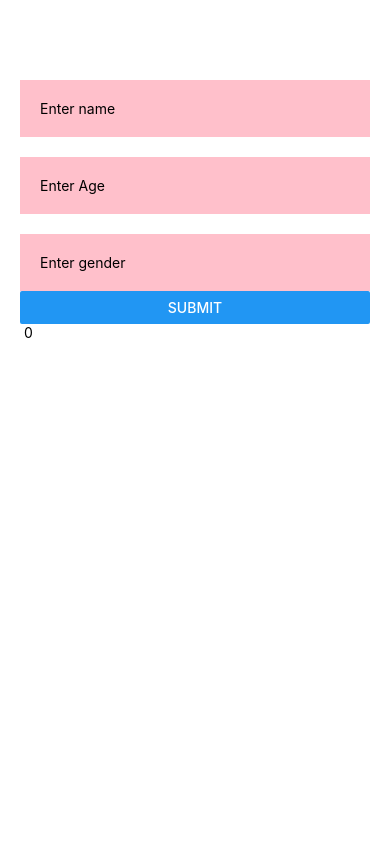
Repository: akinmiday/ReactNativeApp
Screen: /
These files come from the project's save history. The screen is drawn as it stood at one moment and after the next save; the edit follows.
The app was drawn by React Native's web renderer in a window 390 px wide. The project was rebuilt for these pictures with package versions that can differ from the ones it lists, and the page was loaded fresh each time.

Above is the screen before, as saved 2023-08-03 18:06:50.

### App.js
import { useState } from "react";
import {
  View,
  Text,
  TextInput,
  Button,
  Alert,
  TouchableWithoutFeedback,
  Keyboard,
} from "react-native";
import styles from "./styles";

export default function App() {
  const { container, input } = styles;

  const [name, setName] = useState("");
  const [age, setAge] = useState(0);
  const [gender, setGender] = useState("");

  const pressHandler = () => {
    Alert.alert("Details", "Are you sure you want to submit ?", [
      { text: "Yes", onPress: () => console.log(name, age, gender) },
      { text: "No", onPress: () => noHandler() },
    ]);
  };

  const noHandler = () => {
    setName("");
    setAge(0);
    setGender("");
  };

  return (
    <TouchableWithoutFeedback
      onPress={() => {
        Keyboard.dismiss();
        console.log("keyboard dismissed");
      }}
    >
      <View style={container}>
        <TextInput
          onChangeText={(text) => setName(text)}
          placeholder="Enter name"
          style={input}
        />
        <TextInput
          onChangeText={(text) => setAge(text)}
          keyboardType="numeric"
          placeholder="Enter Age"
          style={input}
        />
        <TextInput
          onChangeText={(text) => setGender(text)}
          placeholder="Enter gender"
          style={input}
        />

        <Button title="submit" onPress={() => pressHandler()} />

        <View>
          <Text>
            {name} {age} {gender}
          </Text>
        </View>
      </View>
    </TouchableWithoutFeedback>
  );
}

### styles.js
import { StyleSheet } from "react-native";

const styles = StyleSheet.create({
  container: {
    marginTop: 40,
    padding: 20,
    backgroundColor: "white",
    flex: 1,
  },
  input: {
    backgroundColor: "pink",
    padding: 20,
    marginTop: 20,
  },
});

export default styles;

After the next save:
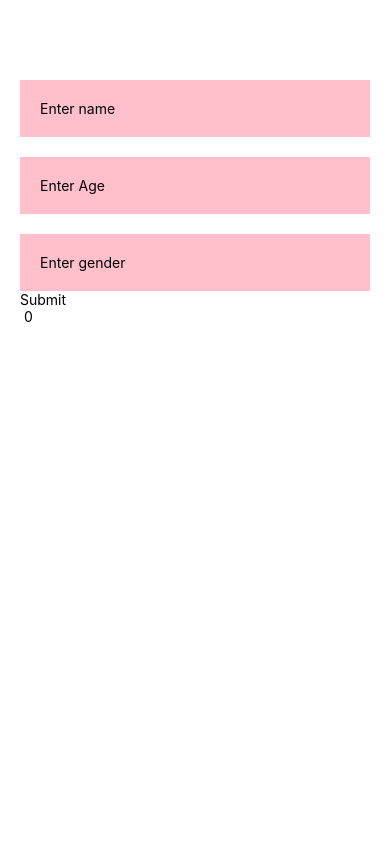
Saved 8 min 21 s later.
--- a/App.js
+++ b/App.js
@@ -7,6 +7,7 @@ import {
   Alert,
   TouchableWithoutFeedback,
   Keyboard,
+  TouchableOpacity,
 } from "react-native";
 import styles from "./styles";
 
@@ -55,7 +56,13 @@ export default function App() {
           style={input}
         />
 
-        <Button title="submit" onPress={() => pressHandler()} />
+        <TouchableOpacity>
+          <View>
+            <Text>Submit</Text>
+          </View>
+        </TouchableOpacity>
+
+        {/* <Button title="submit" onPress={() => pressHandler()} /> */}
 
         <View>
           <Text>
